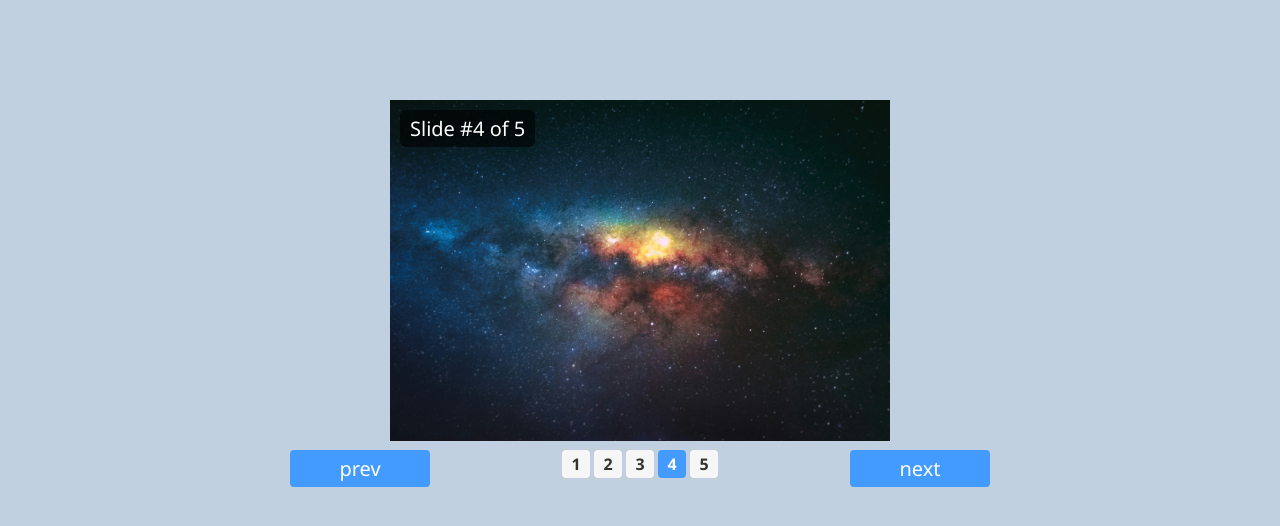
Repository: zeinawady/-Image-Slider-Project
Page: index.html
The author's editor kept a copy of each file at every save. The page is drawn from the files as they stood at one save, then again after the next save.
The browser window is 1280 px wide. The pictures show the whole page.

Above is the page before, as saved 2024-09-19 18:38:58.

### index.html
<!DOCTYPE html>
<html lang="en">

<head>
    <meta charset="UTF-8">
    <meta name="viewport" content="width=device-width, initial-scale=1.0">
    <title>Image Slider</title>
    <link rel="stylesheet" href="css/style.css">
    <link rel="stylesheet" href="css/all.min.css">
</head>

<body>
<div class="container">
    <div class="container-slider">
        <div id="slide-number" class="slide-number">Slide #6</div>
        <img src="images/img1.jpg" alt="img" class="active">
        <img src="images/img2.jpg" alt="img">
        <img src="images/img3.jpg" alt="img">
        <img src="images/img4.jpg" alt="img">
        <img src="images/img5.jpg" alt="img">

    </div>
    <div class="slider-controls">
        <span id="prev" class="prev">prev</span>
       <span id="indicators" class="indicators">

       </span>
        <span id="next" class="next">next</span>
    </div>
</div>
    <script src="script.js"></script>
</body>

</html>

### css/style.css
* {
    box-sizing: border-box;
    margin: 0;
    padding: 0;
}

body {
    font-family: 'Segoe UI', Tahoma, Geneva, Verdana, sans-serif;
background-color: #c1d0e1;
}

.container-slider {
    margin:100px auto;
    max-width: 500px;
    height: 250px;
    position: relative;
    background-color: #809dc0;
}

.container img {
    position: absolute;
    opacity: 0;
    transition: opacity 1s;
    z-index: 1;
    width: 100%;

}

.container img.active {
    opacity: 1;
}

.slide-number {
    position: absolute;
    left: 10px;
    top: 10px;
    background-color: rgba(0, 0, 0, 0.6);
    color: white;
    padding: 5px 10px;
    font-size: 20px;
    z-index: 2;
    border-radius: 6px;
}

.slider-controls{
    max-width: 700px;
    margin:0 auto;
}
.prev , .next {
    background-color: #449bff;
    color: #fff;
    font-size: 20px;
    text-align: center;
    cursor: pointer;
    border-radius: 4px;
  padding: 5px;
  user-select: none;
width: 20%;
}
.prev{
    float: left;


}
.next{
    float: right;

}
.prev.disabled , .next.disabled{
background-color: #809dc0;
cursor: no-drop;

}
.indicators{
    width: 60%;
    float: left;
}
.indicators ul{
    list-style: none;
    margin: 0;
    text-align: center;
}
.indicators ul li{
    display: inline-block;
    background-color: #f6f6f6;
    color: #333;
    font-weight: bold;
    height: 28px;
    width: 28px;
    border-radius: 4px;
    margin: 0 2px;
    line-height: 28px;
    cursor: pointer;
}
.indicators ul li.active{
    background-color: #449bff;
    color: #fff;
}

### script.js
let sliderImages =Array.from(document.querySelectorAll('.container-slider img'));
//get the images and put them in an array
let slidesCount=sliderImages.length; //count of img
let currentImgNo = 4;

//some html elements
let slideNumberElement=document.getElementById('slide-number');
let nextBtn=document.getElementById('next');
let prevBtn=document.getElementById('prev');


//create ul element
let paginationElement=document.createElement('ul');
//setting id (#pagination-ul) to it
paginationElement.setAttribute('id','pagination-ul');


//creating li based on sildes count
for(let i=1; i<=slidesCount; i++){
let paginationItem =document.createElement('li');
paginationItem.setAttribute('data-index' , i); //seting an attribute

paginationItem.appendChild(document.createTextNode(i)); //setting content inside li

paginationElement.appendChild(paginationItem); //appending li to ul
}

//add ul to the page (indicators div)
document.getElementById('indicators').appendChild(paginationElement);

var paginationNewUl =document.getElementById('pagination-ul');
let paginationBullets =Array.from(document.querySelectorAll('#pagination-ul li')); //creating array for bullets


//functions
function nextSlide(){
    console.log("Next");
}

function prevSlide(){
    console.log("Prev");
}

function checker(){
    //write slide no in the div
    slideNumberElement.textContent='Slide #'+(currentImgNo) + ' of ' + slidesCount;

    removeAllActiveClass();

    //put active class in the current img slide
    sliderImages[currentImgNo - 1].classList.add('active');

    //put active class in current pagination item
    paginationNewUl.children[currentImgNo-1].classList.add('active');

}
checker();

function removeAllActiveClass(){
     sliderImages.forEach(function(img) {
        img.classList.remove('active');
    });
    paginationBullets.forEach(function(bullet) {
        bullet.classList.remove('active');
    });

}


//handling click on btn
nextBtn.onclick=nextSlide;
prevBtn.onclick=prevSlide;

Loaded but not shown: css/all.min.css (library)

After the next save:
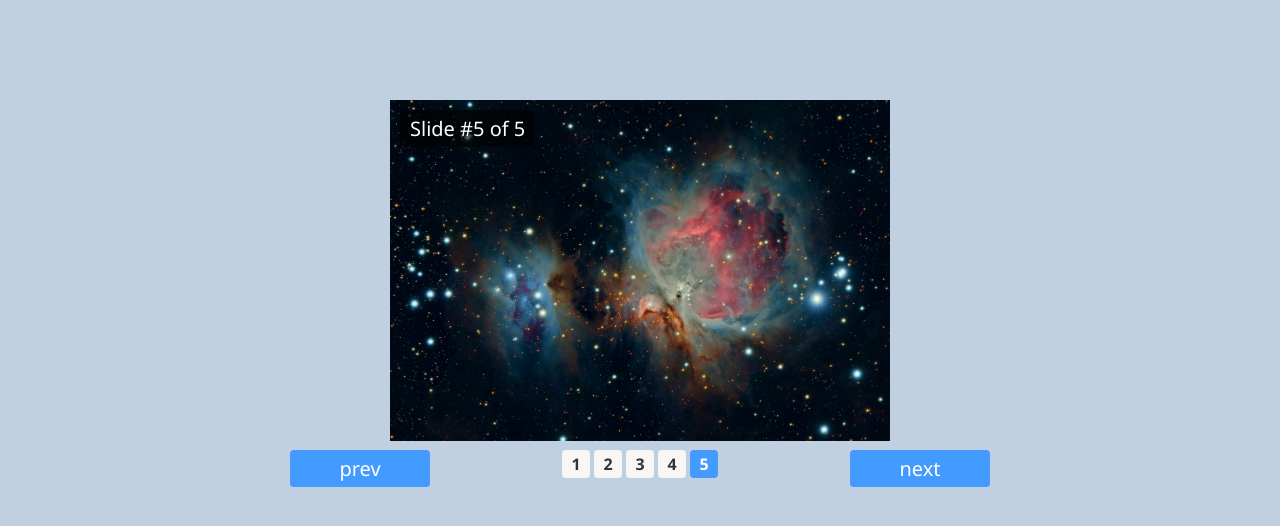
Saved 4 s later.
--- a/script.js
+++ b/script.js
@@ -1,7 +1,7 @@
 let sliderImages =Array.from(document.querySelectorAll('.container-slider img'));
 //get the images and put them in an array
 let slidesCount=sliderImages.length; //count of img
-let currentImgNo = 4;
+let currentImgNo = 5;
 
 //some html elements
 let slideNumberElement=document.getElementById('slide-number');
